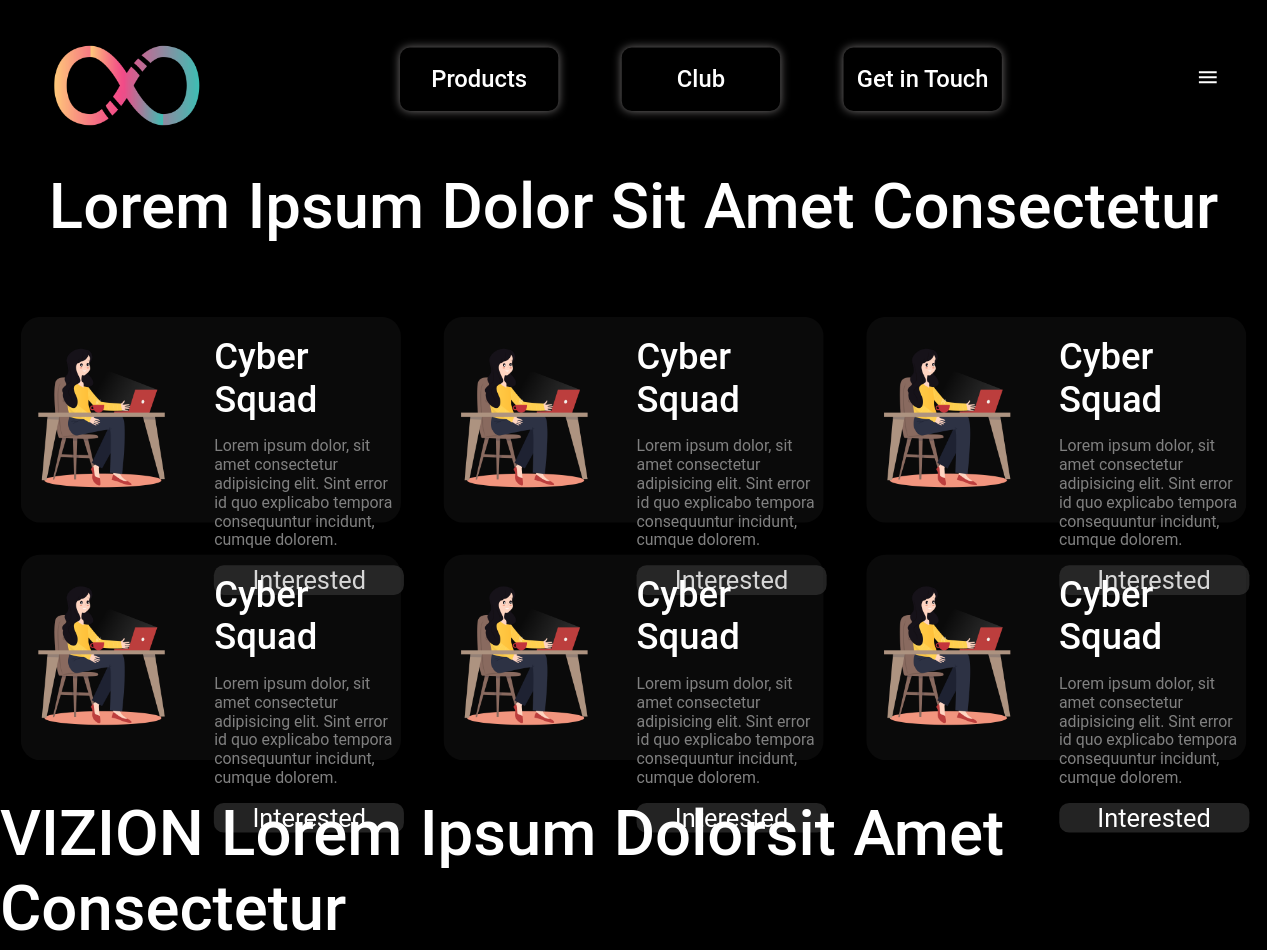
Repository: kapil4457/vizion-internship-project
Page: /
An editor plug-in stored every save of this project. The page is shown before and after a run of saves, followed by the edit.
The browser window is 1280 px wide. The pictures show the whole page, at 99% of full size.
The project was rebuilt for these pictures with package versions that can differ from the ones it lists, and the page was loaded fresh each time. Also part of the build but not shown: src/index.css.

Above is the page before, as saved 2022-10-29 10:28:28.

### public/index.html
<!DOCTYPE html>
<html lang="en">
  <head>
    <meta charset="utf-8" />
    <link rel="icon" href="%PUBLIC_URL%/favicon.ico" />
    <meta name="viewport" content="width=device-width, initial-scale=1" />
    <meta name="theme-color" content="#000000" />
    <meta
      name="description"
      content="Web site created using create-react-app"
    />
    <link rel="preconnect" href="https://fonts.googleapis.com">
    <link rel="apple-touch-icon" href="%PUBLIC_URL%/logo192.png" />
    <!--
      manifest.json provides metadata used when your web app is installed on a
      user's mobile device or desktop. See https://developers.google.com/web/fundamentals/web-app-manifest/
    -->
    <link rel="manifest" href="%PUBLIC_URL%/manifest.json" />
    <!--
      Notice the use of %PUBLIC_URL% in the tags above.
      It will be replaced with the URL of the `public` folder during the build.
      Only files inside the `public` folder can be referenced from the HTML.

      Unlike "/favicon.ico" or "favicon.ico", "%PUBLIC_URL%/favicon.ico" will
      work correctly both with client-side routing and a non-root public URL.
      Learn how to configure a non-root public URL by running `npm run build`.
    -->
    <title>React App</title>
  </head>
  <body>
    <noscript>You need to enable JavaScript to run this app.</noscript>
    <div id="root"></div>
    <!--
      This HTML file is a template.
      If you open it directly in the browser, you will see an empty page.

      You can add webfonts, meta tags, or analytics to this file.
      The build step will place the bundled scripts into the <body> tag.

      To begin the development, run `npm start` or `yarn start`.
      To create a production bundle, use `npm run build` or `yarn build`.
    -->
  </body>
</html>

### src/index.js
import React from 'react';
import ReactDOM from 'react-dom/client';
import './index.css';
import App from './App';
import reportWebVitals from './reportWebVitals';
import { BrowserRouter } from 'react-router-dom';
const root = ReactDOM.createRoot(document.getElementById('root'));
root.render(
  <BrowserRouter >
  <React.StrictMode>
    <App />
  </React.StrictMode>
  </BrowserRouter>
);

// If you want to start measuring performance in your app, pass a function
// to log results (for example: reportWebVitals(console.log))
// or send to an analytics endpoint. Learn more: https://bit.ly/CRA-vitals
reportWebVitals();

### src/App.js
import { Route, Routes } from 'react-router-dom';
import './App.css';
import Header from './components/Header/Header';
import Home from './components/Home/Home';

function App() {
  return (
   <>
<Header />
   <Routes>
<Route exact path='/' element={<Home />} />


   </Routes>



   </>
  );
}

export default App;

### src/App.css
*{
margin:0;
padding:0;
box-sizing: border-box;
font-family: 'Roboto', sans-serif;}

body{
  background-color: black;
  color : white;

}
a{
  text-decoration: none;;
  color:white;
}

.active{
  color:red;
}

body::-webkit-scrollbar {
  display: none;
}

### src/components/Header/Header.jsx
import React from "react";
import { NavLink } from "react-router-dom";
import Logo from "./logo.png";
import MenuIcon from "@mui/icons-material/Menu";
import "./Header.css";
const Header = () => {
  return (
    <div className="main-header">
      <NavLink to="/" className="left-header">
        <img src={Logo} alt="" />
      </NavLink>
      <div className="right-header">
        <NavLink to="/products">Products</NavLink>
        <NavLink to="/club">Club</NavLink>
        <NavLink to="/contact">Get in Touch</NavLink>
      </div>
      <div className="right-ham">
        <MenuIcon />
      </div>
    </div>
  );
};

export default Header;

### src/components/Home/Home.jsx
import React from "react";
import { data } from "../../item";
import "./Home.css";
import HomeCard from "./HomeCard";
const Home = () => {
  return (
    <div className="main-home">
      <h2 className="heading">Lorem ipsum dolor sit amet consectetur</h2>

      <div className="home-card-container">
        {data.map((item, key) => (
          <HomeCard item={item} key={key} />
        ))}
      </div>
      <h2 className="heading">VIZION Lorem Ipsum Dolorsit Amet Consectetur</h2>
    </div>
  );
};

export default Home;

### src/components/Header/Header.css
.main-header{
    height:10rem;
    /* border:1px solid white */
    display:flex;
    justify-content: space-between;
    align-items: center;
    padding:0rem 3rem
}

.main-header > .left-header >img{
    height:10rem;

}

.main-header > .right-header
{
    display:flex;
    gap:4rem;
    font-size:1.5rem;
    font-weight:550
}

.main-header > .right-header>a{
    height:4rem;
    width:10rem;
    display:flex;
    justify-content: center;
   align-items: center;
   border-radius:10px;
   box-shadow: 0px 0px 10px rgba(243, 238, 238,0.5);
   transition: all 0.2s;
}
.main-header > .right-header>a:hover{

    box-shadow: 0px 0px 20px rgba(243, 238, 238,0.5);
    transform: scale(1.01);
   }

   .right-ham{

   }

### src/item.js
export const data = [
    {
        title : "Cyber Squad",
        description : "Lorem ipsum dolor, sit amet consectetur adipisicing elit. Sint error id quo explicabo tempora consequuntur incidunt, cumque dolorem.        "
    },
    {
        title : "Cyber Squad",
        description : "Lorem ipsum dolor, sit amet consectetur adipisicing elit. Sint error id quo explicabo tempora consequuntur incidunt, cumque dolorem.        "
    },
    {
        title : "Cyber Squad",
        description : "Lorem ipsum dolor, sit amet consectetur adipisicing elit. Sint error id quo explicabo tempora consequuntur incidunt, cumque dolorem.        "
    },
    {
        title : "Cyber Squad",
        description : "Lorem ipsum dolor, sit amet consectetur adipisicing elit. Sint error id quo explicabo tempora consequuntur incidunt, cumque dolorem.        "
    },
    {
        title : "Cyber Squad",
        description : "Lorem ipsum dolor, sit amet consectetur adipisicing elit. Sint error id quo explicabo tempora consequuntur incidunt, cumque dolorem.        "
    },
    {
        title : "Cyber Squad",
        description : "Lorem ipsum dolor, sit amet consectetur adipisicing elit. Sint error id quo explicabo tempora consequuntur incidunt, cumque dolorem.        "
    }
]

### src/components/Home/Home.css
.main-home{
    color:white;
    width:100%;
    display: flex;
    flex-direction: column;
    gap:4rem;
    margin-bottom: 2rem;
}

.main-home > h2{
    width:100%;
    height:6rem;
    display: flex;
    justify-content: center;
    align-items:center;
    font-size:4rem;
    word-spacing: 0.1rem;
    font-weight:450;
    text-transform: capitalize;

}


.main-home > .home-card-container{
    display:grid;
    grid-template-columns: 1fr 1fr 1fr;
    row-gap: 2rem;
    place-items: center;
}

### src/components/Home/HomeCard.jsx
import React from "react";
import "./HomeCard.css";
import Image from "./cardImage.png";
const HomeCard = ({ item }) => {
  return (
    <div className="home-card">
      <img src={Image} alt="" />
      <div className="card-info">
        <h2>{item.title}</h2>
        <p>{item.description}</p>
        <button>Interested</button>
      </div>
    </div>
  );
};

export default HomeCard;

### src/components/Home/HomeCard.css
.home-card{
    width:90%;
    height:13rem;
    display:flex;
    gap:1rem;
    padding-top:1rem;
    background-color: rgba(51, 50, 50, 0.2);
    border-radius: 20px;
    border:3px solid rgba(51, 50, 50, 0.0);
    transition: all 0.4s;

}
.home-card:hover{
    border:3px solid blue;
}
.home-card>img{
    height:10rem;

}
.home-card > .card-info{
    display:flex;
    flex-direction: column;
    gap:1rem;
    padding:0 1rem;
    align-items: center;

}
.home-card > .card-info > h2{
    font-size: 2.3rem;
    font-weight: 450;
}
.home-card > .card-info > p{
    color:gray
}
.home-card > .card-info > button{
    background-color: rgba(51, 50, 50, 0.7);
    border:none;
    outline:none;
    width:12rem;
    border-radius: 10px;
    font-size:1.6rem;
    color:white;
    height:3rem;
    transition: all 0.4s;
    cursor:pointer;
}
.home-card > .card-info > button:hover{

    background-color: rgba(51, 50, 50, 0.9);
}

Loaded but not shown: src/reportWebVitals.js (common file)

After the next 2 saves:
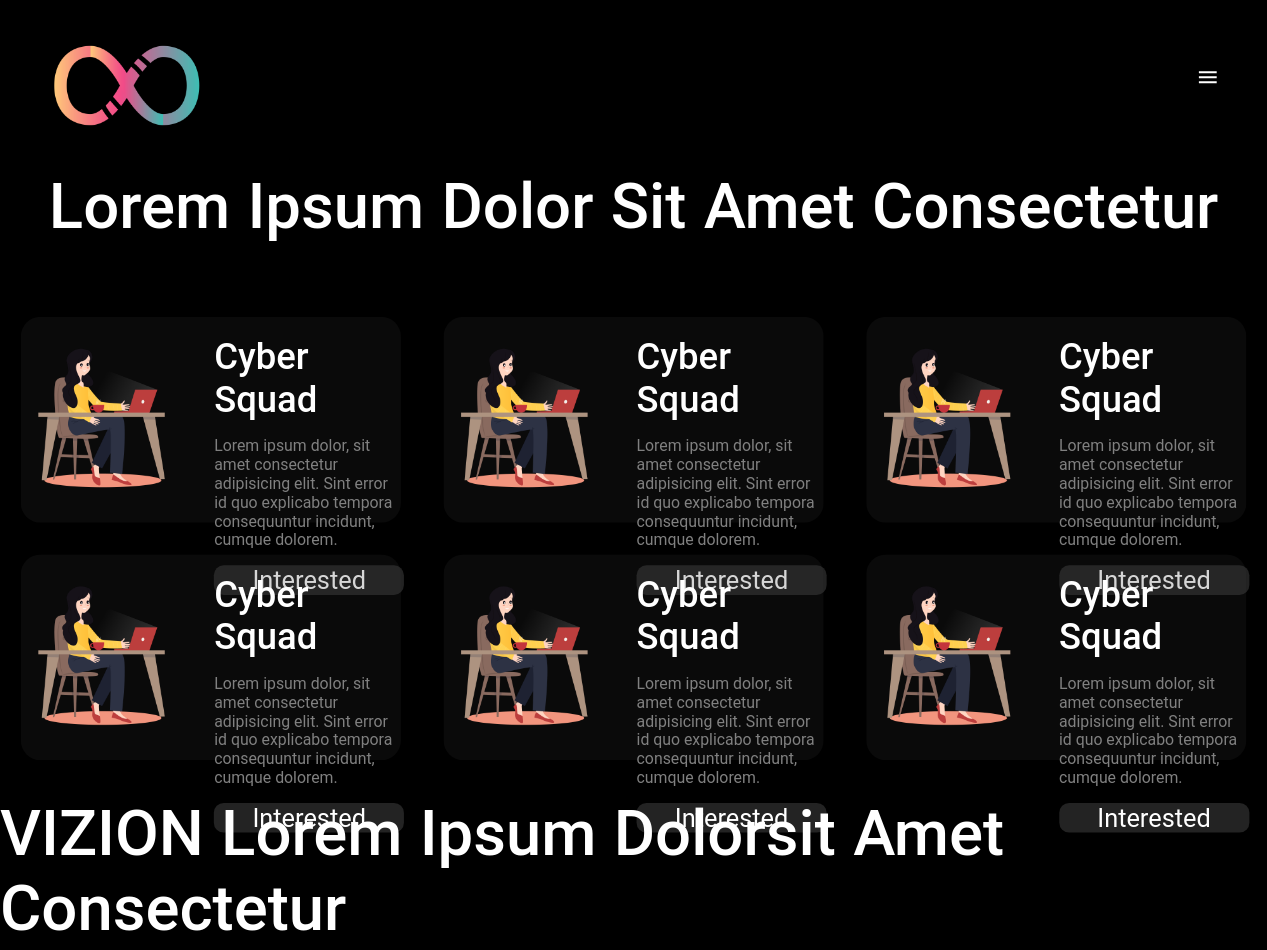
The 2 saves are shown as one change because they came seconds apart.
The last was saved 9 s later.
--- a/src/components/Header/Header.css
+++ b/src/components/Header/Header.css
@@ -17,7 +17,8 @@
     display:flex;
     gap:4rem;
     font-size:1.5rem;
-    font-weight:550
+    font-weight:550;
+    display:none;
 }
 
 .main-header > .right-header>a{
